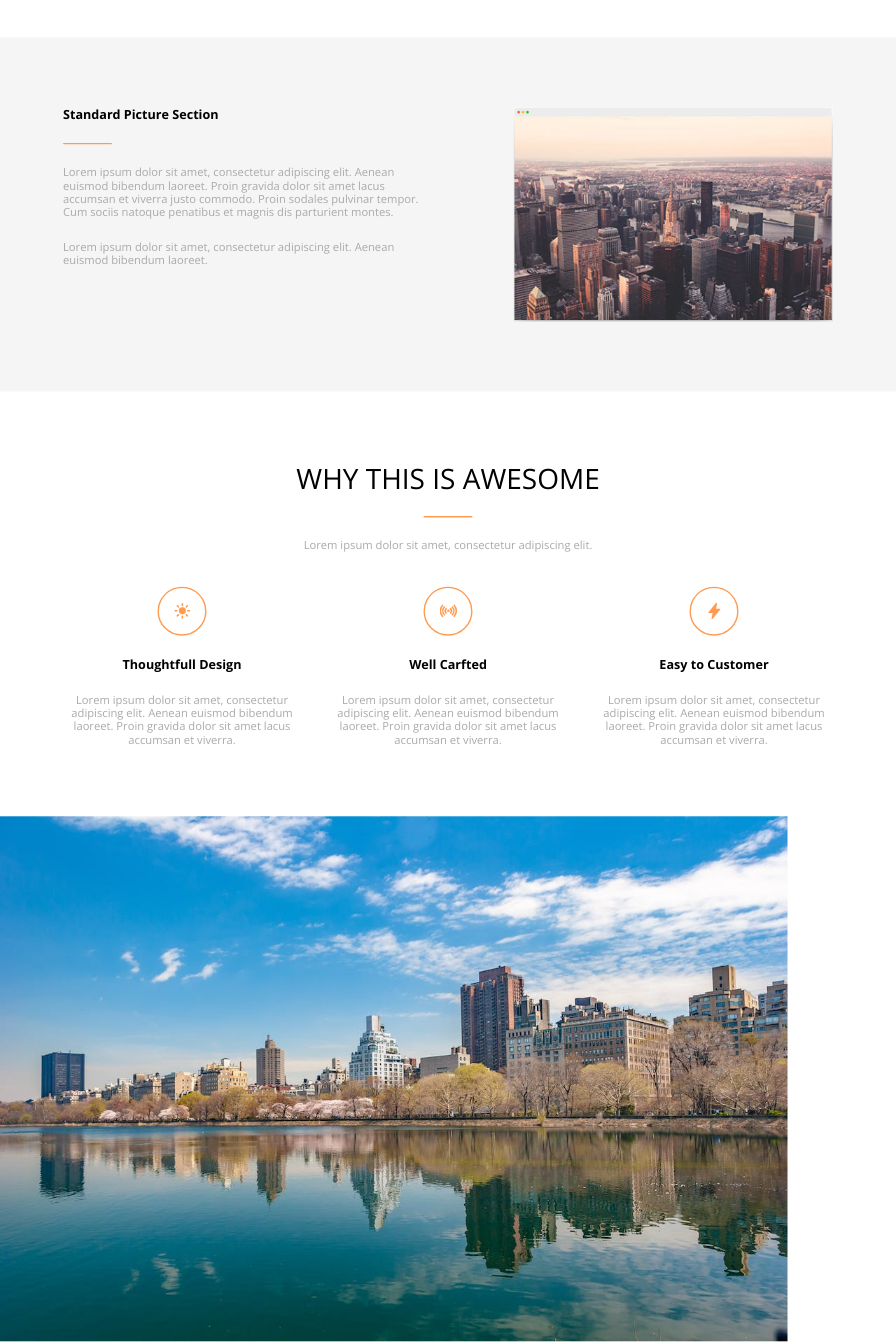
Repository: dinhtri123/axureThems
Page: index.html
The author's editor kept a copy of each file at every save. The page is drawn from the files as they stood at one save, then again after a run of saves.
The browser window is 1280 px wide. The pictures show the part of the page from y = 1683 to 3603 px (the page is 3603 px tall before and 2868 px after), at 70% of full size.

Above is the page before, as saved 2023-02-11 16:33:36.

### index.html
<!DOCTYPE html>
<html lang="en">
  <head>
    <meta charset="UTF-8" />
    <meta http-equiv="X-UA-Compatible" content="IE=edge" />
    <meta name="viewport" content="width=device-width, initial-scale=1.0" />
    <title>Axure Themes</title>
    <script
      type="module"
      src="https://unpkg.com/ionicons@5.5.2/dist/ionicons/ionicons.esm.js"
    ></script>
    <script
      nomodule
      src="https://unpkg.com/ionicons@5.5.2/dist/ionicons/ionicons.js"
    ></script>
    <link rel="stylesheet" href="style.css" />
  </head>
  <body>
    <header>
      <div class="container headerMain">
        <a href="index.html" class="logo">
          <span>AX</span>
          <span>IT</span>
        </a>
        <nav>
          <ul>
            <li><a href="#">Features</a></li>
            <li><a href="#">About</a></li>
            <li><a href="#">Pricing</a></li>
            <li><a href="#">Reviews</a></li>
            <li><a href="#">Contact</a></li>
          </ul>
        </nav>
      </div>
    </header>
    <div class="banner">
      <div class="imageBanner">
        <img src="./image/banner.jpeg" alt="" />
      </div>
      <div class="container bannerMain">
        <div class="bannerLeft">
          <a href="index.html" class="logo logoBanner">
            <span>AX</span>
            <span>IT</span>
          </a>
          <h3>MODERN AXURE TEMPLATE FOR BEAUTIFUL PROTOTYPES</h3>
          <span class="line"></span>
          <p>
            Lorem ipsum dolor sit amet, consectetur adipiscing elit. Aenean
            euismod bibendum laoreet. Proin gravida dolor sit amet lacus
            accumsan et viverra justo commodo.
          </p>
          <button class="btn">Download</button>
        </div>
        <div class="bannerRight">
          <form autocomplete="off" class="formBanner">
            <h3>Try Your <span>FREE</span> Trial Today</h3>
            <div class="inputForm">
              <input type="text" name="name" id="name" placeholder="Name" />
              <input type="email" name="email" id="email" placeholder="Email" />
              <input
                type="password"
                name="password"
                id="password"
                placeholder="Password"
              />
            </div>
            <button class="btnForm">Get Started</button>
          </form>
        </div>
      </div>
    </div>
    <main>
      <div class="mainTabs">
        <div class="container mainTabsContent">
          <div class="tabsLeft">
            <div class="tabsNumber">
              <span>TAB 1</span>
              <span>TAB 2</span>
              <span>TAB 3</span>
            </div>
            <div class="tabsContent">
              <h3>Tabs with soft transitioning effect.</h3>
              <p>
                Lorem ipsum dolor sit amet, consectetur adipiscing elit. Aenean
                euismod bibendum laoreet. Proin gravida dolor sit amet lacus
                accumsan et viverra justo commodo. Proin sodales pulvinar
                tempor. Cum sociis natoque penatibus et magnis dis parturient
                montes.
              </p>
              <p>
                Lorem ipsum dolor sit amet, consectetur adipiscing elit. Aenean
                euismod bibendum laoreet.
              </p>
              <button class="btn btnTabs">Download</button>
            </div>
          </div>
          <div class="tabsRight">
            <img src="./image/img.png" alt="" />
          </div>
        </div>
      </div>
      <div class="mainSublist">
        <div class="container sublistMain">
          <div class="subLeft">
            <img src="./image/img2.png" alt="" />
          </div>
          <div class="subRight">
            <h3>Sub list Section</h3>
            <span class="line lineSub"></span>
            <p>
              Lorem ipsum dolor sit amet, consectetur adipiscing elit. Aenean
              euismod bibendum laoreet. Proin gravida dolor sit amet lacus
              accumsan et viverra justo commodo.
            </p>
            <div class="subDesc">
              <div class="icon">
                <ion-icon name="cloud-upload"></ion-icon>
              </div>
              <div class="subDescItem">
                <h4>Title</h4>
                <p>
                  Lorem ipsum dolor sit amet, consectetur adipiscing elit.
                  Aenean euismod bibendum laoreet.
                </p>
              </div>
            </div>
            <div class="subDesc">
              <div class="icon">
                <ion-icon name="cloud-download"></ion-icon>
              </div>
              <div class="subDescItem">
                <h4>Title</h4>
                <p>
                  Lorem ipsum dolor sit amet, consectetur adipiscing elit.
                  Aenean euismod bibendum laoreet.
                </p>
              </div>
            </div>
          </div>
        </div>
      </div>
      <div class="mainSection">
        <div class="container sectionContent">
          <div class="sectionLeft">
            <h3>Standard Picture Section</h3>
            <span class="line sectionLine"></span>
            <p>
              Lorem ipsum dolor sit amet, consectetur adipiscing elit. Aenean
              euismod bibendum laoreet. Proin gravida dolor sit amet lacus
              accumsan et viverra justo commodo. Proin sodales pulvinar tempor.
              Cum sociis natoque penatibus et magnis dis parturient montes.
            </p>
            <p>
              Lorem ipsum dolor sit amet, consectetur adipiscing elit. Aenean
              euismod bibendum laoreet.
            </p>
          </div>
          <div class="sectionRight">
            <img src="./image/img4.jpg" alt="" />
          </div>
        </div>
      </div>
      <div class="mainAwesome">
        <div class="container awesomeContent">
          <h2>WHY THIS IS AWESOME</h2>
          <span class="line lineSub"></span>
          <p>Lorem ipsum dolor sit amet, consectetur adipiscing elit.</p>
          <div class="awesomeItems">
            <div class="awesomeCard">
              <div class="icon iconAwesome">
                <ion-icon name="sunny"></ion-icon>
              </div>
              <h3>Thoughtfull Design</h3>
              <p>
                Lorem ipsum dolor sit amet, consectetur adipiscing elit. Aenean
                euismod bibendum laoreet. Proin gravida dolor sit amet lacus
                accumsan et viverra.
              </p>
            </div>
            <div class="awesomeCard">
              <div class="icon iconAwesome">
                <ion-icon name="radio"></ion-icon>
              </div>
              <h3>Well Carfted</h3>
              <p>
                Lorem ipsum dolor sit amet, consectetur adipiscing elit. Aenean
                euismod bibendum laoreet. Proin gravida dolor sit amet lacus
                accumsan et viverra.
              </p>
            </div>
            <div class="awesomeCard">
              <div class="icon iconAwesome">
                <ion-icon name="flash"></ion-icon>
              </div>
              <h3>Easy to Customer</h3>
              <p>
                Lorem ipsum dolor sit amet, consectetur adipiscing elit. Aenean
                euismod bibendum laoreet. Proin gravida dolor sit amet lacus
                accumsan et viverra.
              </p>
            </div>
          </div>
        </div>
      </div>
      <div class="mainStylish">
        <div class="stylishBanner">
            <img src="./image/banner12.jpeg" alt="">
        </div>
        <div class="container stylishContent"></div>
      </div>
    </main>
  </body>
</html>

### style.css
@import url("https://fonts.googleapis.com/css2?family=Open+Sans:wght@400;500;600;700&display=swap");
* {
  margin: 0;
  padding: 0;
  box-sizing: border-box;
  scroll-behavior: smooth;
}
:root {
  --bg-black: #000;
  --bg-white: #fff;
  --bg-orange: #ff9b51;
  --bg-light: #f5f5f5;
  --bg-gray: #dfdfdf;
  --bg-text: #a9aaac;
}
body {
  font-family: "Open Sans", sans-serif;
  font-weight: 400;
  font-size: 16px;
  line-height: 1.2;
  width: 100%;
  max-height: 100vh;
  height: 100%;
  color: var(--bg-white);
}
button,
a,
input {
  cursor: pointer;
  text-decoration: none;
  border: none;
  outline: none;
}
.container {
  max-width: 1100px;
  width: 100%;
  height: 100%;
  margin: 0px auto;
}

header {
  width: 100%;
  height: 70px;
  background: var(--bg-black);
}
.headerMain {
  display: flex;
  justify-content: space-between;
  align-items: center;
}
.logo {
  display: flex;
  text-decoration: none;
  font-size: 30px;
}
.logo span:first-child {
  font-weight: 700;
  color: var(--bg-white);
}
.logo span:last-child {
  font-weight: 400;
  color: var(--bg-orange);
}
nav ul {
  display: flex;
  align-items: center;
  gap: 40px;
  list-style: none;
}
nav ul li a {
  text-decoration: none;
  color: var(--bg-white);
}

/* --------------------- */

/* --------BANNER------------ */

.banner {
  width: 100%;
  background: var(--bg-black);
  position: relative;
}
.imageBanner {
  position: absolute;
  inset: 0;
  width: 100%;
  height: 100%;
  z-index: 0;
  filter: brightness(0.5);
}
.imageBanner img {
  width: 100%;
  height: 100%;
  object-fit: cover;
}
.bannerMain {
  padding: 100px 0px;
  display: grid;
  grid-template-columns: repeat(2, 1fr);
  gap: 50px;
  z-index: 10;
  isolation: isolate;
}
.bannerLeft {
  display: flex;
  flex-direction: column;
  gap: 30px;
}
.bannerRight {
  display: flex;
  justify-content: end;
  align-items: center;
}

.logoBanner {
  font-size: 60px;
}
.bannerLeft > h3 {
  font-size: 35px;
  font-weight: 300;
}
.line {
  width: 70px;
  height: 2px;
  background-color: var(--bg-white);
  border-radius: 8px;
}

.btn {
  width: 135px;
  height: 45px;
  border: 2px solid var(--bg-white);
  display: flex;
  justify-content: center;
  align-items: center;
  font-weight: 600;
  background: transparent;
  color: var(--bg-white);
}

.formBanner {
  width: 360px;
  height: 360px;
  border-radius: 6px;
  background: var(--bg-white);
  display: flex;
  flex-direction: column;
  justify-content: space-between;
  align-items: center;
  overflow: hidden;
}
.formBanner > h3 {
  width: 100%;
  height: 55px;
  font-size: 22px;
  color: var(--bg-black);
  font-weight: 700;
  background: var(--bg-light);
  display: flex;
  justify-content: center;
  align-items: center;
}
.formBanner > h3 > span {
  color: var(--bg-orange);
  padding: 0px 10px;
}
.inputForm {
  width: 100%;
  height: 250px;
  padding: 0px 50px;
  display: flex;
  flex-direction: column;
  justify-content: center;
  gap: 20px;
}
.inputForm input {
  border: none;
  border-bottom: 2px solid var(--bg-light);
  padding: 0px 10px;
  width: 100%;
  height: 40px;
  outline: none;
}
.inputForm input::placeholder {
  color: var(--bg-gray);
}
.btnForm {
  width: 100%;
  height: 55px;
  background: var(--bg-orange);
  display: flex;
  justify-content: center;
  align-items: center;
  font-weight: 600;
  color: var(--bg-white);
  border: none;
  outline: none;
  font-size: 17px;
}
/* -------------------------- */

/* -----main------- */

.mainTabs {
  width: 100%;
  background: var(--bg-light);
}

.mainTabsContent {
  width: 100%;
  padding: 100px 0px;
  color: var(--bg-black);
  display: grid;
  grid-template-columns: 2fr 1fr;
  gap: 50px;
}
.tabsLeft {
  display: flex;
  gap: 80px;
}

.tabsNumber {
  display: flex;
  flex-direction: column;
}
.tabsNumber span {
  width: 110px;
  height: 110px;
  display: flex;
  justify-content: center;
  align-items: center;
  color: var(--bg-white);
  background: #333333;
  cursor: pointer;
}
.tabsNumber span:nth-child(2) {
  border-top: 2px solid var(--bg-light);
  border-bottom: 2px solid var(--bg-light);
}
.tabsContent {
  display: flex;
  gap: 30px;
  flex-direction: column;
}

.tabsContent p {
  color: var(--bg-text);
}
.btnTabs {
  background: var(--bg-orange);
  border: none;
  border-radius: 6px;
}
.lineSub {
  background: var(--bg-orange);
}

.sublistMain {
  width: 100%;
  padding: 100px 0px;
  display: grid;
  grid-template-columns: 1fr 1fr;
  gap: 50px;
}

.subRight {
  display: flex;
  flex-direction: column;
  gap: 30px;
  color: var(--bg-black);
}
h3 {
  font-size: 18px;
}
.subRight p {
  color: var(--bg-text);
}

.subDesc {
  display: flex;
  gap: 30px;
}
.icon {
  width: 60px;
  height: 40px;
  border: 2px solid var(--bg-orange);
  display: flex;
  justify-content: center;
  align-items: center;
  color: var(--bg-orange);
  border-radius: 50%;
}
.subDescItem {
  display: flex;
  flex-direction: column;
  gap: 10px;
}
.subDescItem > p {
  color: var(--bg-text);
}

.mainSection {
  width: 100%;
  background: var(--bg-light);
}
.sectionContent {
  width: 100%;
  padding: 100px 0px;
  display: grid;
  grid-template-columns: 1fr 1fr;
  gap: 50px;
}
.sectionLeft {
  display: flex;
  flex-direction: column;
  gap: 30px;
  color: var(--bg-black);
}
.sectionLine {
  background-color: var(--bg-orange);
}
.sectionLeft p {
  color: var(--bg-text);
}
.sectionRight {
  display: flex;
  justify-content: end;
}

.awesomeContent {
  width: 100%;
  padding: 100px 0px;
  display: flex;
  flex-direction: column;
  align-items: center;
  gap: 30px;
  color: var(--bg-black);
}
.awesomeContent h2 {
  font-size: 40px;
  font-weight: 400;
}
.awesomeContent p {
  color: var(--bg-text);
  text-align: center;
}
.iconAwesome{
    width:70px;
    height: 70px;
    font-size: 25px;
}
.awesomeItems{
    display: grid;
    grid-template-columns: repeat(3, 1fr);
    gap:40px;
    margin-top:20px;
}
.awesomeCard{
    display: flex;
    flex-direction: column;
    gap:30px;
    align-items: center;
}

.mainStylish{
    position:relative;
    width: 100%;
}
.stylishBanner{
    position: absolute;
    inset:0;
    width: 100%;
    height: 100%;
}
.stylishBanner img

After the next 2 saves:
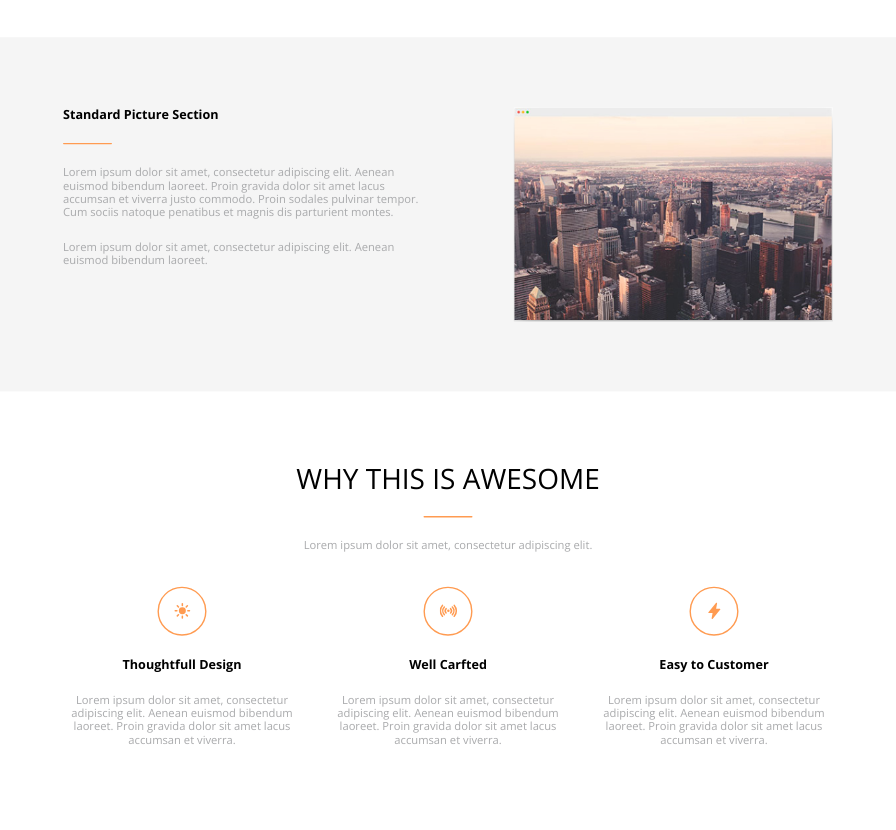
The 2 saves are shown as one change because they came seconds apart.
The last was saved 8 s later.
--- a/style.css
+++ b/style.css
@@ -345,32 +345,36 @@ h3 {
   color: var(--bg-text);
   text-align: center;
 }
-.iconAwesome{
-    width:70px;
-    height: 70px;
-    font-size: 25px;
-}
-.awesomeItems{
-    display: grid;
-    grid-template-columns: repeat(3, 1fr);
-    gap:40px;
-    margin-top:20px;
-}
-.awesomeCard{
-    display: flex;
-    flex-direction: column;
-    gap:30px;
-    align-items: center;
-}
-
-.mainStylish{
-    position:relative;
-    width: 100%;
-}
-.stylishBanner{
-    position: absolute;
-    inset:0;
-    width: 100%;
-    height: 100%;
-}
-.stylishBanner img
+.iconAwesome {
+  width: 70px;
+  height: 70px;
+  font-size: 25px;
+}
+.awesomeItems {
+  display: grid;
+  grid-template-columns: repeat(3, 1fr);
+  gap: 40px;
+  margin-top: 20px;
+}
+.awesomeCard {
+  display: flex;
+  flex-direction: column;
+  gap: 30px;
+  align-items: center;
+}
+
+.mainStylish {
+  position: relative;
+  width: 100%;
+}
+.stylishBanner {
+  position: absolute;
+  inset: 0;
+  width: 100%;
+  height: 100%;
+}
+.stylishBanner img {
+  width: 100%;
+  height: 100%;
+  object-fit: cover;
+}
